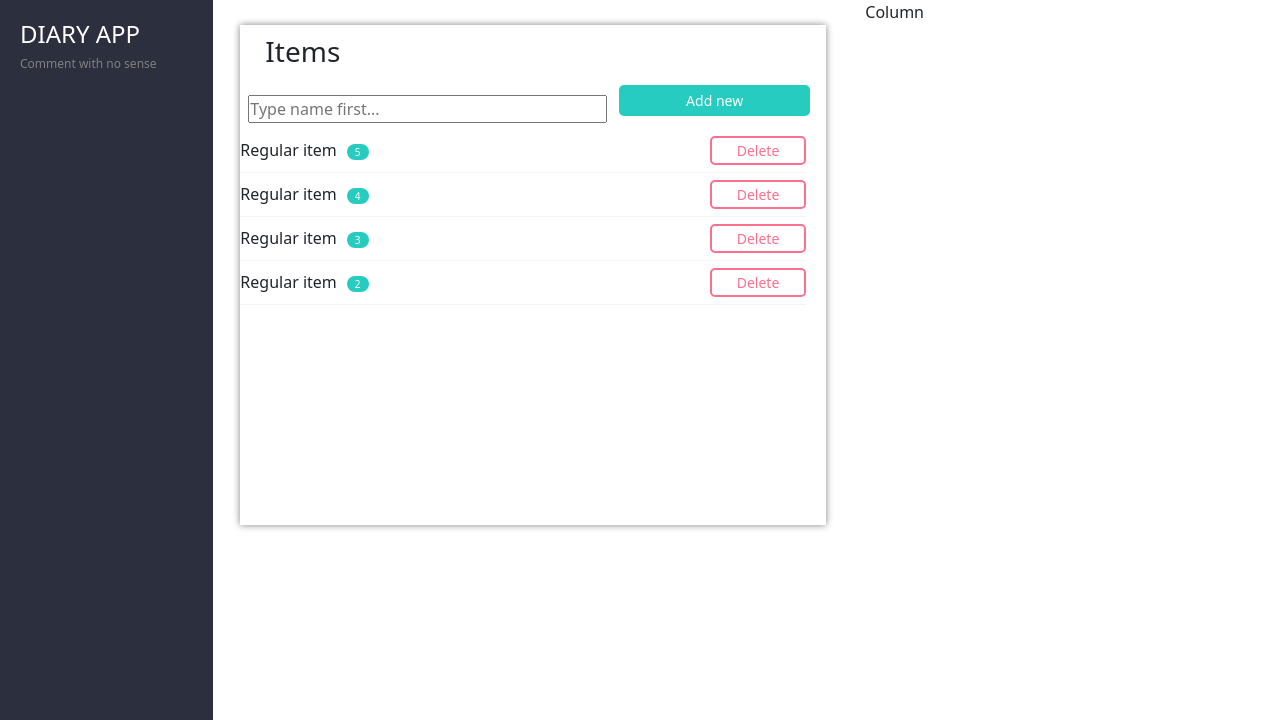
Repository: tsydikov/diary
Page: /
These files come from the project's save history. The page is drawn as it stood at one moment and after the next save; the edit follows.
The browser window is 1280 px wide. The pictures show the whole page.
The project was rebuilt for these pictures with package versions that can differ from the ones it lists, and the page was loaded fresh each time.

Above is the page before, as saved 2021-09-10 21:51:36.

After the next save:
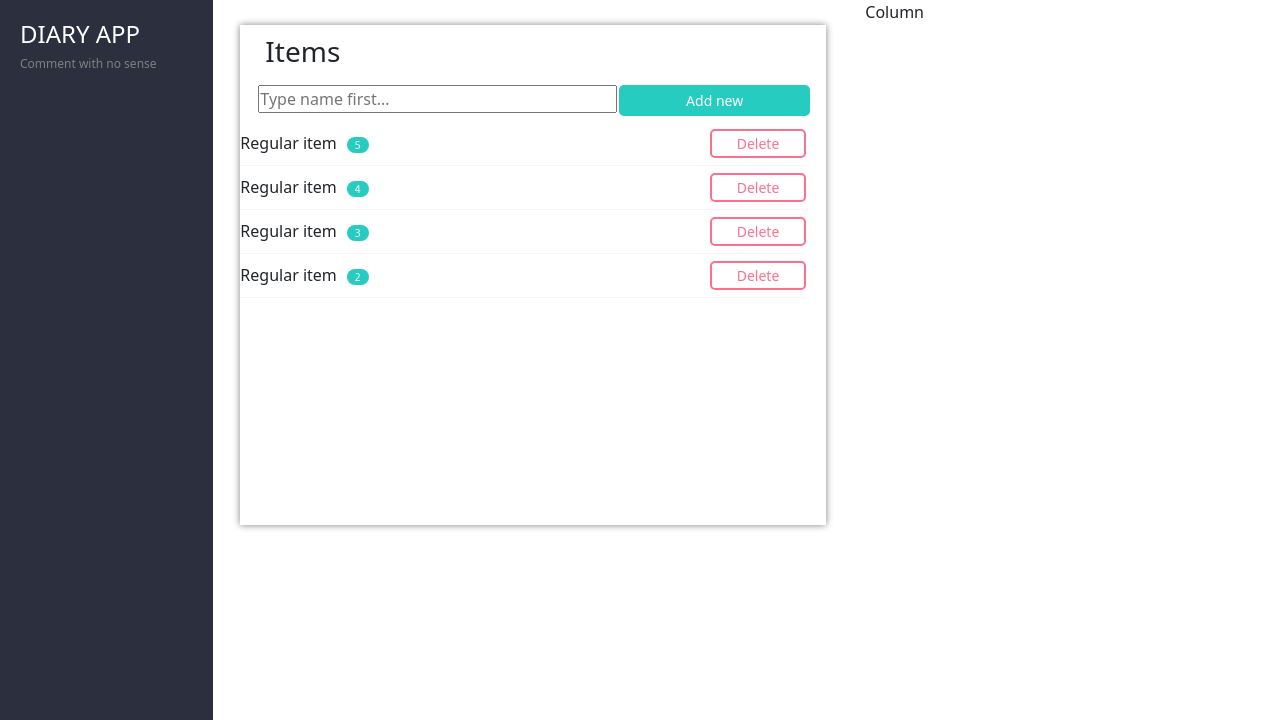
Saved 8 s later.
--- a/src/styles/App.css
+++ b/src/styles/App.css
@@ -49,5 +49,5 @@ hr {
 
 .input {
     width: 100%;
-    margin-top: 10px;
+    margin-left: 10px;
 }
